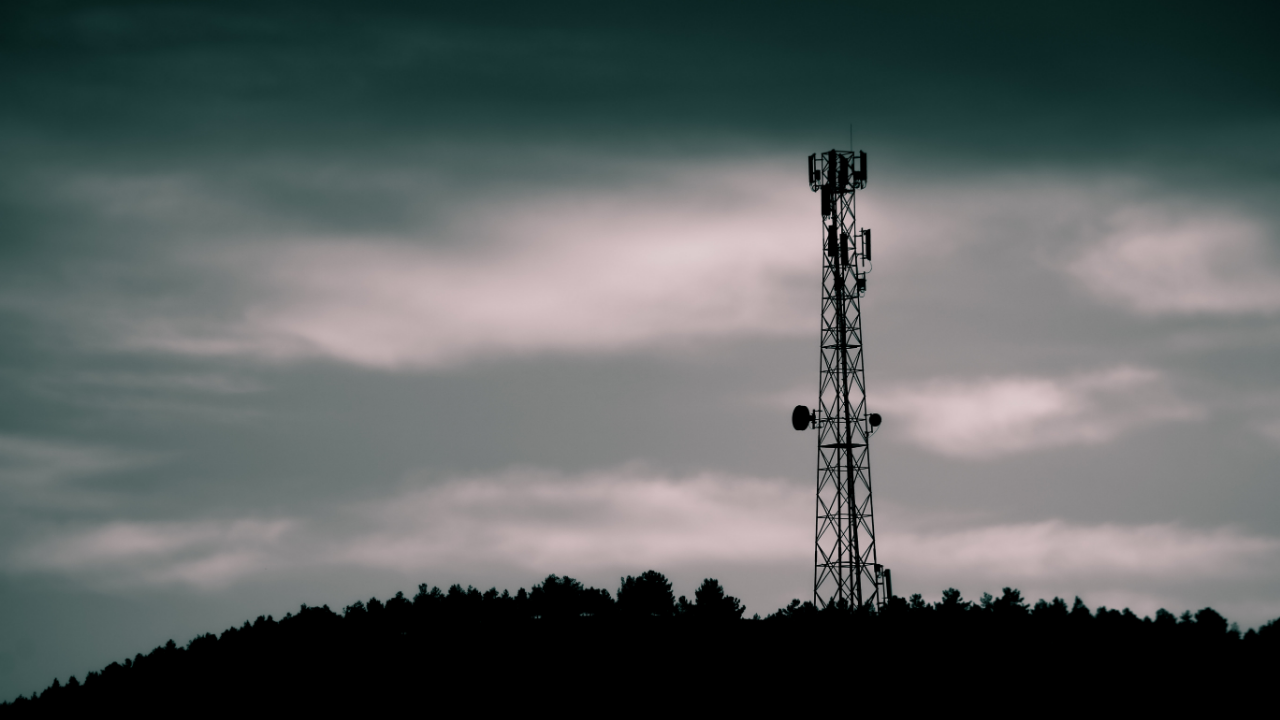
Repository: MiroslavWise/operator
Page: /
An editor plug-in stored every save of this project. The page is shown before and after the next save, followed by the edit.
The browser window is 1280 px wide. The pictures show the whole page.
The project was rebuilt for these pictures with package versions that can differ from the ones it lists, and the page was loaded fresh each time. Also part of the build but not shown: src/App.css, src/pages/MTS.jsx, src/pages/Beeline.jsx, src/pages/Megafon.jsx. Imported but missing from the stored project, and not drawn on this page: src/components/CompFormik.

Above is the page before, as saved 2022-02-15 18:40:26.

### src/index.tsx
import { BrowserRouter, Routes, Route } from "react-router-dom";

import ReactDOM from 'react-dom';
import './index.css';
import App from './App';
import reportWebVitals from './reportWebVitals';
import MTS from "./pages/MTS";
import Beeline from "./pages/Beeline";
import Megafon from "./pages/Megafon";

ReactDOM.render(
    <BrowserRouter>
    <Routes>
      <Route path="/" element={<App />}>
        <Route path="mts" element={<MTS />}/>
        <Route path="beeline" element={<Beeline />}/>
        <Route path="megafon" element={<Megafon />}/>
      </Route>
    </Routes>
  </BrowserRouter>,

  document.getElementById('root')
);

// If you want to start measuring performance in your app, pass a function
// to log results (for example: reportWebVitals(console.log))
// or send to an analytics endpoint. Learn more: https://bit.ly/CRA-vitals
reportWebVitals();

### src/index.css
body {
  margin: 0;
  font-family: -apple-system, BlinkMacSystemFont, 'Segoe UI', 'Roboto', 'Oxygen',
    'Ubuntu', 'Cantarell', 'Fira Sans', 'Droid Sans', 'Helvetica Neue',
    sans-serif;
  -webkit-font-smoothing: antialiased;
  -moz-osx-font-smoothing: grayscale;
  display: flex;
  justify-content: center;
  justify-items: center;
  align-items: center;
  height: 100vh;
  background-image: url(Picture/pexels-furkan-i̇nce-4249270.jpg);
  background-size: cover;
}

code {
  font-family: source-code-pro, Menlo, Monaco, Consolas, 'Courier New',
    monospace;
}

### src/App.tsx
import './App.css';
import MTS from "./pages/MTS";

function App() {
  return (<>
    </>
  );
}

export default App;

Loaded but not shown: public/index.html (common file); src/reportWebVitals.ts (common file)

After the next save:
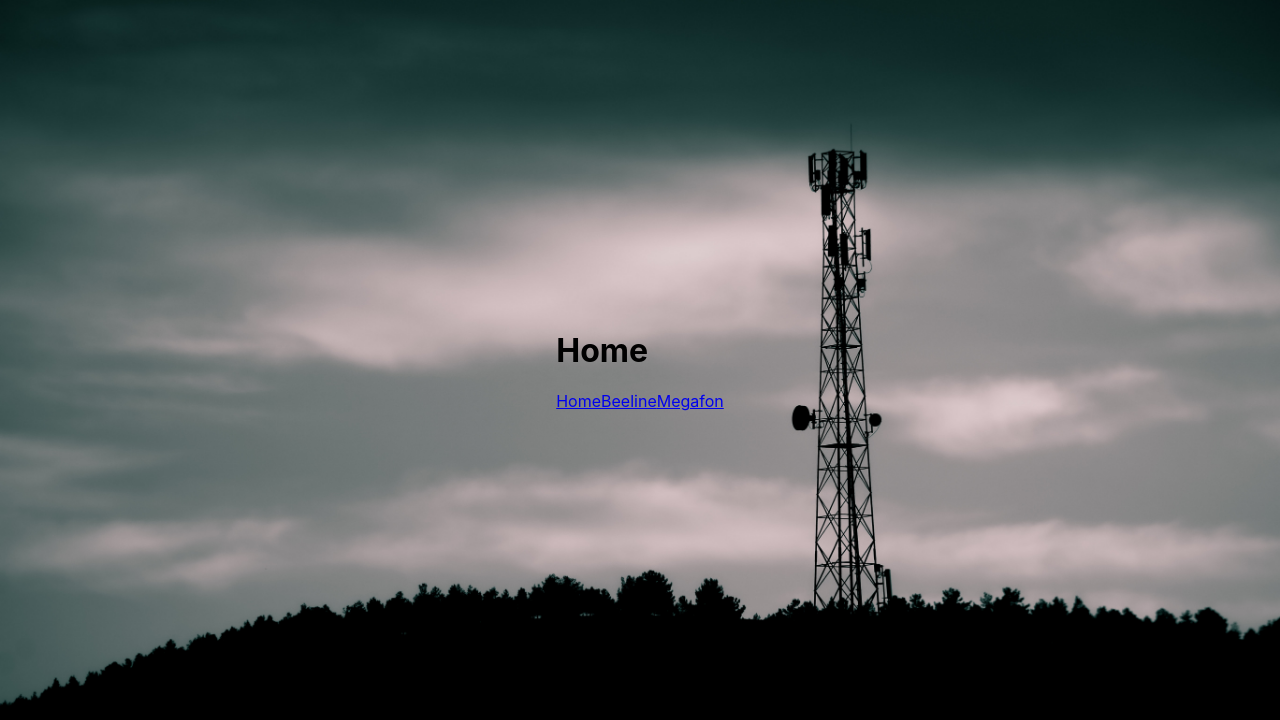
Saved 2 min 40 s later.
--- a/src/App.tsx
+++ b/src/App.tsx
@@ -1,9 +1,17 @@
 import './App.css';
 import MTS from "./pages/MTS";
+import { Link } from 'react-router-dom';
 
 function App() {
-  return (<>
-    </>
+  return (
+  <div>
+      <h1>Home</h1>
+      <nav>
+        <Link to="mts">Home</Link>
+        <Link to="beelane">Beeline</Link>
+        <Link to="Megafon">Megafon</Link>
+      </nav>
+    </div>
   );
 }
 
